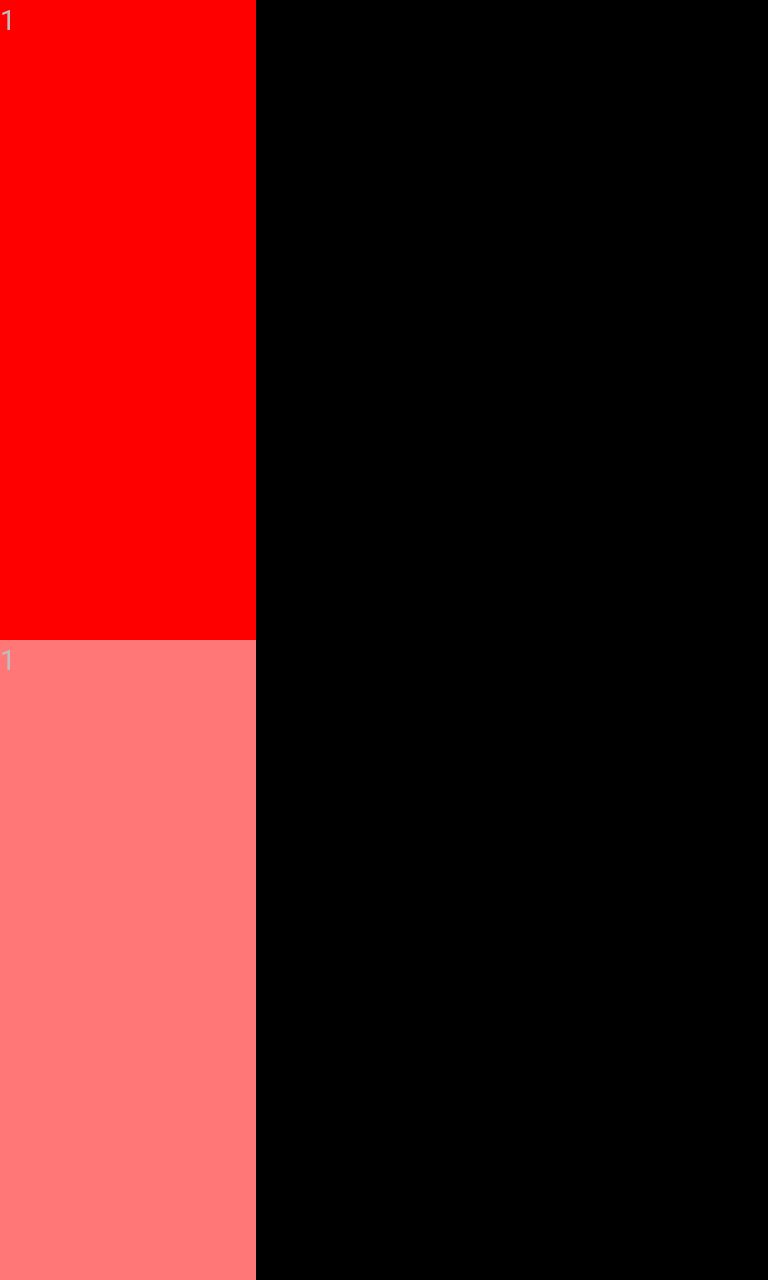
Repository: PVoLan/TestWeight
Layout: WS/Test.Weight/res/layout/main.xml
The author's editor kept a copy of each file at every save. The layout is drawn from the files as they stood at one save, then again after the next save.
It is drawn on a 768 x 1280 px phone screen (xhdpi) without system bars, with theme android:Theme; the app's code is not run.

Above is the layout before, as saved 2012-02-27 19:35:38.

After the next save:
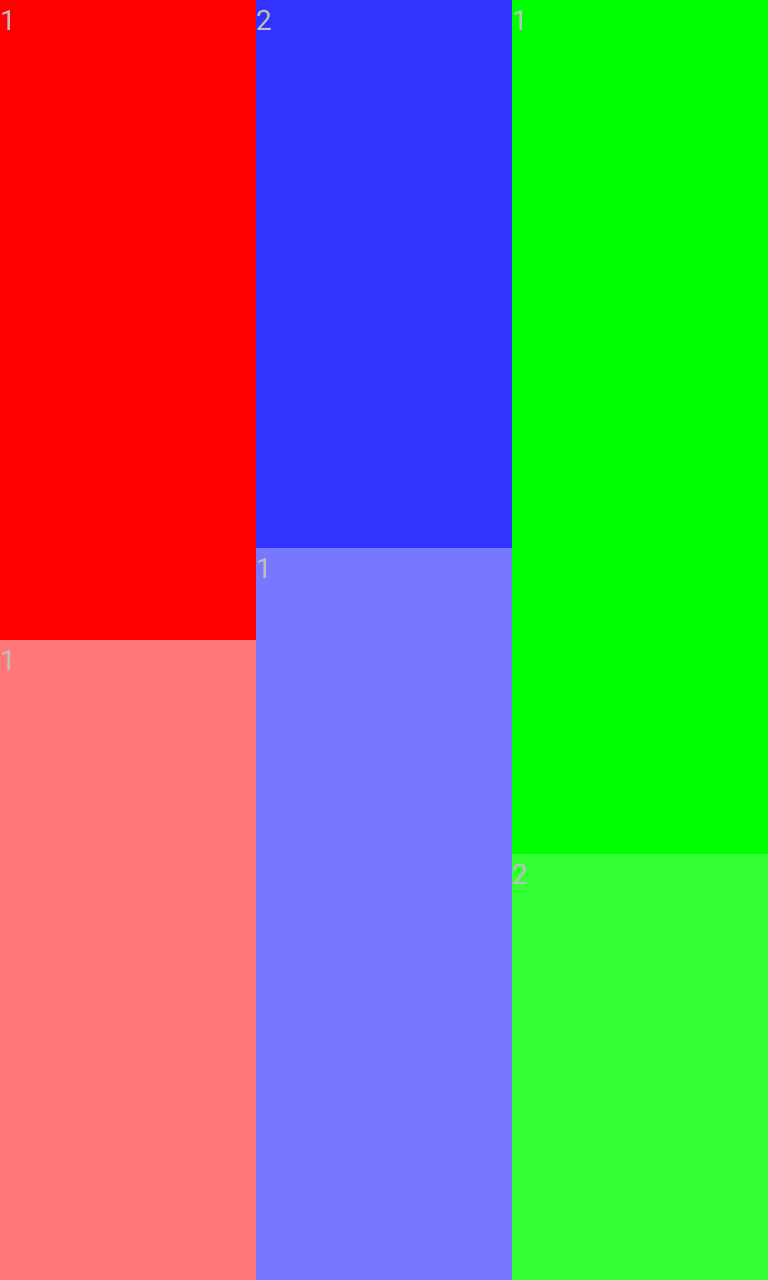
Saved 5 min 28 s later.
--- a/WS/Test.Weight/res/layout/main.xml
+++ b/WS/Test.Weight/res/layout/main.xml
@@ -46,6 +46,29 @@
     android:orientation="vertical"
 	 >
 
+        <TextView
+            android:layout_width="fill_parent"
+		    android:layout_height="fill_parent"
+		    android:layout_weight="4"
+		    android:text="4"
+		    android:background="#00f"
+            />
+
+        <TextView
+            android:layout_width="fill_parent"
+		    android:layout_height="fill_parent"
+		    android:layout_weight="2"
+		    android:text="2"
+		    android:background="#33f"
+            />
+
+        <TextView
+            android:layout_width="fill_parent"
+		    android:layout_height="fill_parent"
+		    android:layout_weight="1"
+		    android:text="1"
+		    android:background="#77f"
+            />
 
 	</LinearLayout>
 
@@ -58,6 +81,30 @@
 	 >
 
 
+         <TextView
+            android:layout_width="fill_parent"
+		    android:layout_height="fill_parent"
+		    android:layout_weight="1"
+		    android:text="1"
+		    android:background="#0f0"
+            />
+
+        <TextView
+            android:layout_width="fill_parent"
+		    android:layout_height="fill_parent"
+		    android:layout_weight="2"
+		    android:text="2"
+		    android:background="#3f3"
+            />
+
+        <TextView
+            android:layout_width="fill_parent"
+		    android:layout_height="fill_parent"
+		    android:layout_weight="3"
+		    android:text="3"
+		    android:background="#7f7"
+            />
+
 	</LinearLayout>
 
 </LinearLayout>
